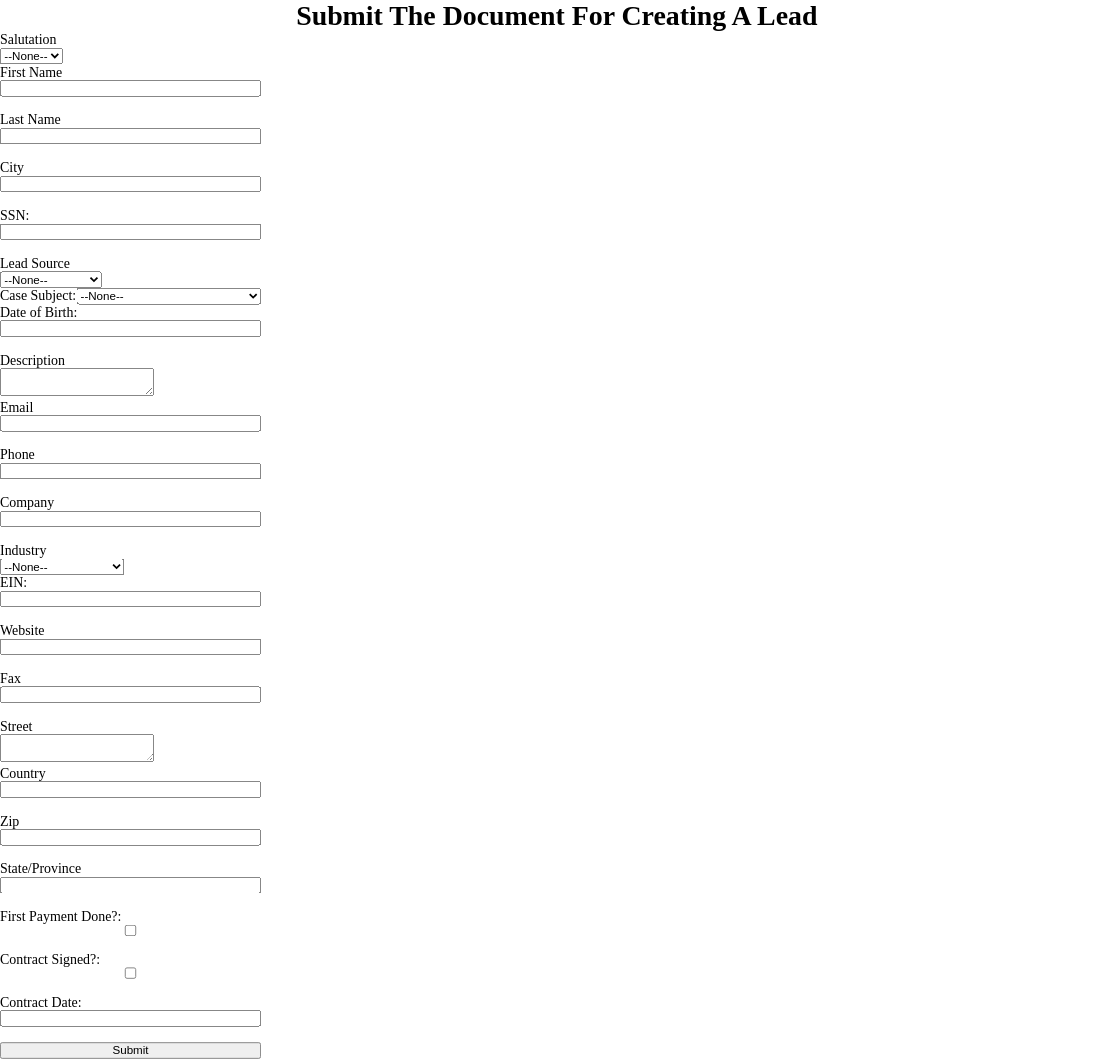
Repository: yaseminvural99/changeForce
Page: index.html
An editor plug-in stored every save of this project. The page is shown before and after the next save, followed by the edit.
The browser window is 1280 px wide. The pictures show the whole page, at 87% of full size.

Above is the page before, as saved 2024-04-26 21:49:31.

### index.html
<!DOCTYPE html>
<html lang="en">
<head>
    <meta charset="UTF-8">
    <meta name="'viewport" content="width=device-width, initial-scale=1.0">
    <title>Document</title>
    <link rel="stylesheet" href="style.css">
    <script>

    </script>
</head>
<body>
    <h1>Submit The Document For Creating A Lead</h1>

<META HTTP-EQUIV="Content-type" CONTENT="text/html; charset=UTF-8">


    <form action="https://test.salesforce.com/servlet/servlet.WebToLead?encoding=UTF-8&orgId=00DU8000000LYuv" method="POST">

    <input type=hidden name="oid" value="00DU8000000LYuv">
    <input type=hidden name="retURL" value="http://">


    <label for="salutation">Salutation</label><select  id="salutation" name="salutation"><option value="">--None--</option><option value="Mr.">Mr.</option>
    <option value="Ms.">Ms.</option>
    <option value="Mrs.">Mrs.</option>
    <option value="Dr.">Dr.</option>
    <option value="Prof.">Prof.</option>
    <option value="Mx.">Mx.</option>
    </select><br>

    <label for="first_name">First Name</label><input  id="first_name"  name="first_name" size="20" type="text" /><br>

    <label for="last_name">Last Name</label><input  id="last_name"  name="last_name" size="20" type="text" /><br>

    <label for="city">City</label><input  id="city" name="city" size="20" type="text" /><br>

    SSN:<input  id="00NU8000000K5Zp"  name="00NU8000000K5Zp" size="20" type="text" /><br>

    <label for="lead_source">Lead Source</label><select  id="lead_source" name="lead_source"><option value="">--None--</option><option value="Web">Web</option>
    <option value="Phone Inquiry">Phone Inquiry</option>
    <option value="Partner Referral">Partner Referral</option>
    <option value="Purchased List">Purchased List</option>
    <option value="Other">Other</option>
    </select><br>

    Case Subject:<select  id="00NU8000000K5Wb" name="00NU8000000K5Wb" title="Case Subject"><option value="">--None--</option><option value="Affirmative Asylum">Affirmative Asylum</option>
    <option value="AOS Through Asylum">AOS Through Asylum</option>
    <option value="AOS Through Lottery">AOS Through Lottery</option>
    <option value="AOS Through Marriage">AOS Through Marriage</option>
    <option value="Change of Status (B2-F1/J1-F1)">Change of Status (B2-F1/J1-F1)</option>
    <option value="Company Formation">Company Formation</option>
    <option value="Consular Processing (Marriage)">Consular Processing (Marriage)</option>
    <option value="Defensive Asylum (!Non-NTA)">Defensive Asylum (!Non-NTA)</option>
    <option value="Defensive Asylum (Non-NTA)">Defensive Asylum (Non-NTA)</option>
    <option value="Defensive Asylum (NTA)">Defensive Asylum (NTA)</option>
    <option value="E-2 (Change of status)">E-2 (Change of status)</option>
    <option value="E-2 visa">E-2 visa</option>
    <option value="General Immigration">General Immigration</option>
    <option value="I-130 (Marriage)">I-130 (Marriage)</option>
    <option value="I-601A Waiver">I-601A Waiver</option>
    <option value="I-730 (Asylee Relative Petition)">I-730 (Asylee Relative Petition)</option>
    <option value="I-751 (Removing Conditions)">I-751 (Removing Conditions)</option>
    <option value="I-765">I-765</option>
    <option value="J-1 2 Year Rule Waiver">J-1 2 Year Rule Waiver</option>
    <option value="K-1 visa">K-1 visa</option>
    <option value="Mandamus">Mandamus</option>
    <option value="Naturalization">Naturalization</option>
    <option value="Personal Injury">Personal Injury</option>
    <option value="Uncontested Divorce">Uncontested Divorce</option>
    <option value="U visa">U visa</option>
    <option value="VAWA">VAWA</option>
    </select><br>

    Date of Birth:<span class="dateInput dateOnlyInput"><input  id="00NU8000000K5bR" name="00NU8000000K5bR" size="12" type="text" /></span><br>

    <label for="description">Description</label><textarea name="description"></textarea><br>

    <label for="email">Email</label><input  id="email"  name="email" size="20" type="text" /><br>

    <label for="phone">Phone</label><input  id="phone" name="phone" size="20" type="text" /><br>

    <label for="company">Company</label><input  id="company" name="company" size="20" type="text" /><br>

    <label for="industry">Industry</label><select  id="industry" name="industry"><option value="">--None--</option><option value="Agriculture">Agriculture</option>
    <option value="Apparel">Apparel</option>
    <option value="Banking">Banking</option>
    <option value="Biotechnology">Biotechnology</option>
    <option value="Chemicals">Chemicals</option>
    <option value="Communications">Communications</option>
    <option value="Construction">Construction</option>
    <option value="Consulting">Consulting</option>
    <option value="Education">Education</option>
    <option value="Electronics">Electronics</option>
    <option value="Energy">Energy</option>
    <option value="Engineering">Engineering</option>
    <option value="Entertainment">Entertainment</option>
    <option value="Environmental">Environmental</option>
    <option value="Finance">Finance</option>
    <option value="Food &amp; Beverage">Food &amp; Beverage</option>
    <option value="Government">Government</option>
    <option value="Healthcare">Healthcare</option>
    <option value="Hospitality">Hospitality</option>
    <option value="Insurance">Insurance</option>
    <option value="Machinery">Machinery</option>
    <option value="Manufacturing">Manufacturing</option>
    <option value="Media">Media</option>
    <option value="Not For Profit">Not For Profit</option>
    <option value="Recreation">Recreation</option>
    <option value="Retail">Retail</option>
    <option value="Shipping">Shipping</option>
    <option value="Technology">Technology</option>
    <option value="Telecommunications">Telecommunications</option>
    <option value="Transportation">Transportation</option>
    <option value="Utilities">Utilities</option>
    <option value="Other">Other</option>
    </select><br>

    EIN:<input  id="00NU8000000K5YD"  name="00NU8000000K5YD" size="20" type="text" /><br>

    <label for="url">Website</label><input  id="url" name="url" size="20" type="text" /><br>

    <label for="fax">Fax</label><input  id="fax" name="fax" size="20" type="text" /><br>

    <label for="street">Street</label><textarea name="street"></textarea><br>

    <label for="country">Country</label><input  id="country"  name="country" size="20" type="text" /><br>

    <label for="zip">Zip</label><input  id="zip"name="zip" size="20" type="text" /><br>

    <label for="state">State/Province</label><input  id="state"  name="state" size="20" type="text" /><br>

    First Payment Done?:<input  id="00NU8000000K5d3" name="00NU8000000K5d3" type="checkbox" value="1" /><br>

    Contract Signed?:<input  id="00NU8000000K5gH" name="00NU8000000K5gH" type="checkbox" value="1" /><br>

    Contract Date:<span class="dateInput dateOnlyInput"><input  id="00NU8000000K5ef" name="00NU8000000K5ef" size="12" type="text" /></span><br>

    <input type="submit" name="submit">

    </form>
</body>
</html>

### style.css
*{
    margin: 0;
    padding: 0;
    box-sizing: border-box;
}
h1{
    text-align: center;
}
label, input{
    display: block;

}
input{
    width: 100%;
}
form{
    min-width: 300px;
    max-width: 300px;
    margin: 0; auto;
}

After the next save:
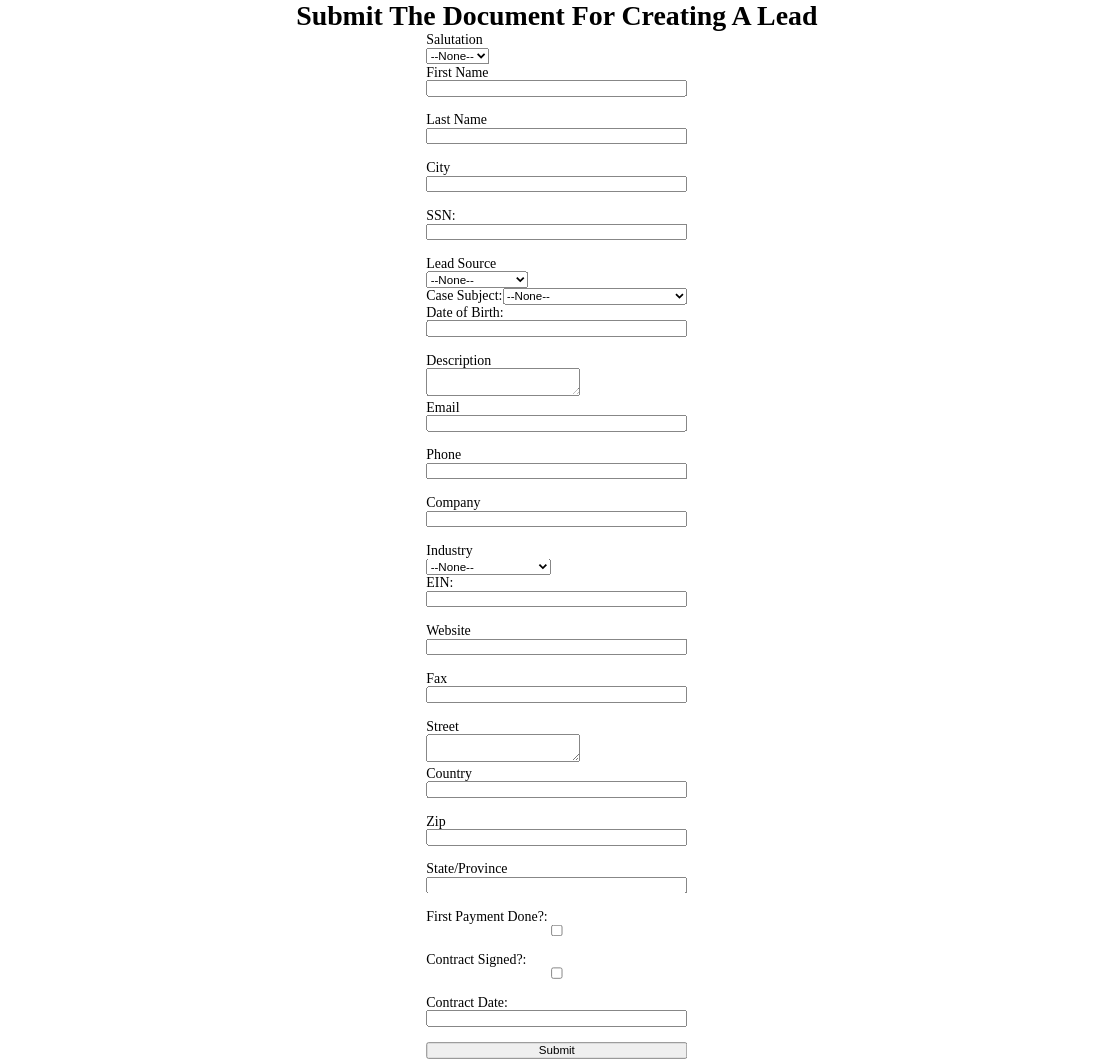
Saved 4 s later.
--- a/style.css
+++ b/style.css
@@ -16,5 +16,5 @@ input{
 form{
     min-width: 300px;
     max-width: 300px;
-    margin: 0; auto;
+    margin: 0 auto;
 }
